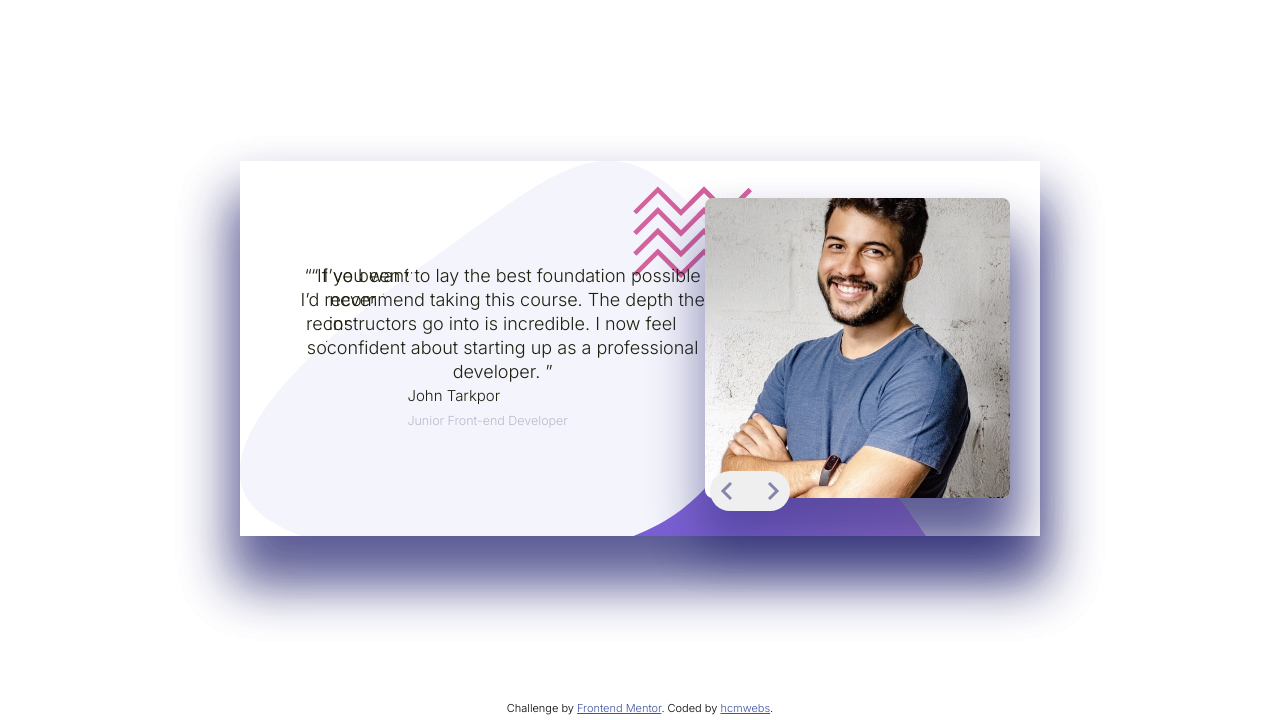
Repository: Hcmwebs/Coding-Bootcamp-Testimonials
Page: index.html
The author's editor kept a copy of each file at every save. The page is drawn from the files as they stood at one save, then again after the next save.
The browser window is 1280 px wide. The pictures show the whole page.
The style sheet was rebuilt from its Sass, Less or Tailwind sources for each picture, by a compiler version that may differ from the author's.

Above is the page before, as saved 2020-10-31 07:29:01.

After the next save:
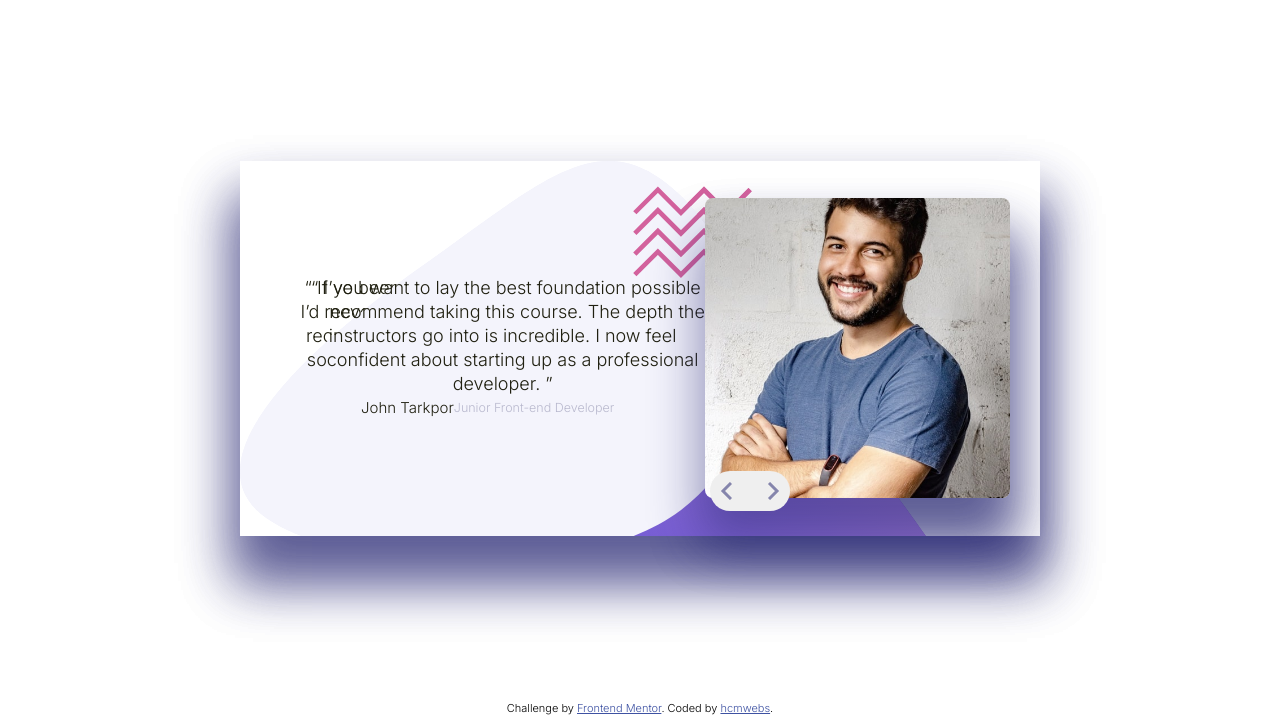
Saved 59 s later.
--- a/scss/main.scss
+++ b/scss/main.scss
@@ -113,6 +113,7 @@ body{
       text-align: left;
       font-size: 15px;
       font-weight: 300;
+      @include flexSpaceBetween;
 
 
       p{
